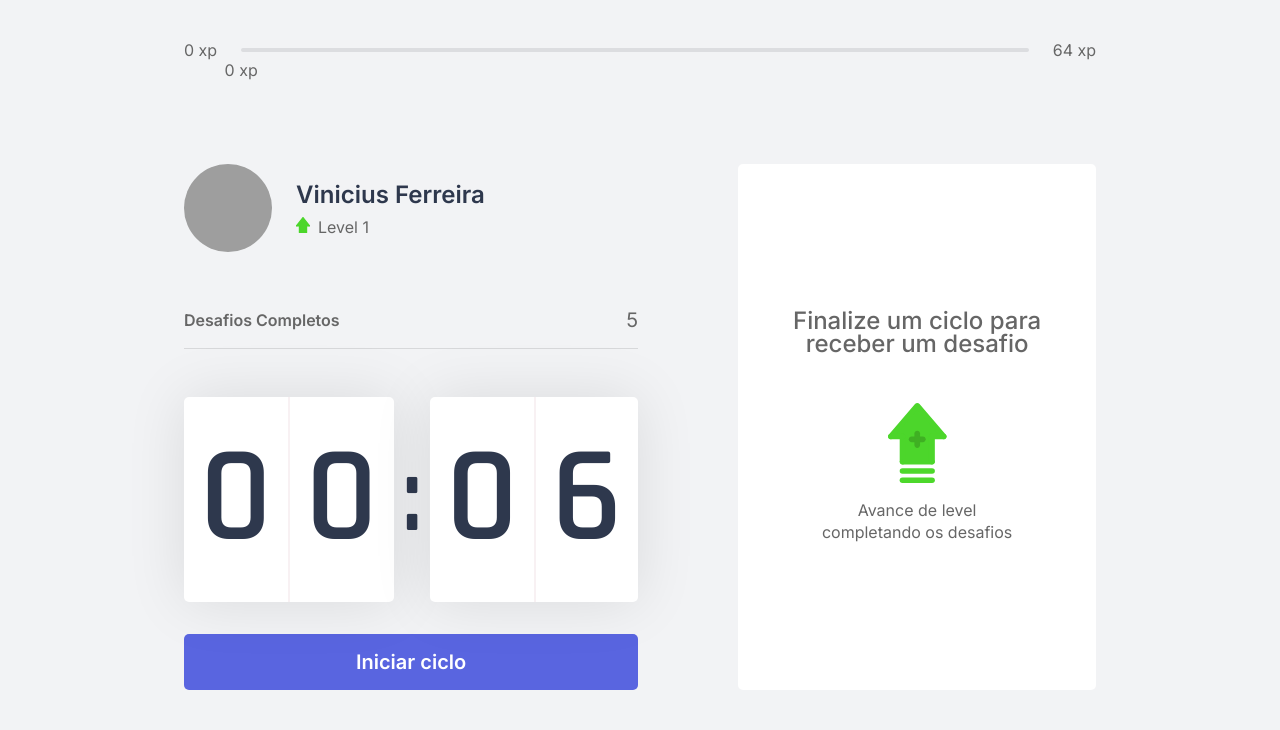
Repository: viniciusfg05/nlwFocus
Page: /
The author's editor kept a copy of each file at every save. The page is drawn from the files as they stood at one save, then again after the next save.
The browser window is 1280 px wide. The pictures show the whole page.
Pictures or frames that could not be fetched are drawn as grey boxes. The project was rebuilt for these pictures with package versions that can differ from the ones it lists, and the page was loaded fresh each time. The framework's server and built-in components were replaced by stand-ins that run in the browser.

Above is the page before, as saved 2022-02-28 15:14:21.

### src/pages/_app.tsx
import '../styles/global.css'
import { AppProps } from 'next/app'
import { ChallegesProvider, ChallengesContext } from '../context/ChallengesContext'

function MyApp({ Component, pageProps }: AppProps) {
  return (
    <ChallegesProvider>
      <Component {...pageProps} />
    </ChallegesProvider>
  )
}

export default MyApp

### src/pages/_document.tsx
import Document, { Html, Head, Main, NextScript} from 'next/document'

export default class Mydocument extends Document {
    render() {
        return(
            <Html>
                <Head>
                    <link rel='shortcut icon' href='favicon.png' type='image/png' />

                    <link rel="preconnect" href="https://fonts.gstatic.com" />
                    <link href="https://fonts.googleapis.com/css2?family=Inter:wght@400;500;600&family=Rajdhani:wght@600&display=swap" rel="stylesheet" />
                </Head>
                <body>
                    <Main />
                    <NextScript />
                </body>
            </Html>
        )
    }
}

### src/pages/index.tsx
import { CompleteChallenges } from "../components/CompleteChallenges";
import { CountDown } from "../components/CountDown";
import { ExperienceBar } from "../components/ExperinceBar";
import { Profile } from "../components/Profile";
import { ChallegesBox } from "../components/ChallegesBox";

import styles from "../styles/pages/Home.module.css"

import Head from 'next/head'

export default function Home() {
  return (
    <div className={styles.container}>
      <Head>
        <title>Inicio | Focus</title>
      </Head>

      <ExperienceBar />

      <section>
        <div>
          <Profile />
          <CompleteChallenges />
          <CountDown />
        </div>
        <div>
          <ChallegesBox />
        </div>
      </section>

    </div>
  )
}

### src/styles/global.css
*{
    margin: 0;
    padding: 0;
    box-sizing: border-box;
}

:root{
    --white: #fff;
    --background: #f2f3f5;
    --gray-line: #DCDDE0;
    --text: #666666;
    --text-highligth: #B3B9FF;
    --title: #2E384D;
    --red: #E83F5B;
    --green: #4CD62B;
    --blue: #5965E0;
    --blue-dark: #4953B8;
    --blue-twitter: #2AA9E0;
}

@media(max-white: 1080px) {
    html{
        font-size: 93.75%;
    }
}

@media(max-white: 750px) {
    html{
        font-size: 87.5%;
    }
}

body{
    background-color: var(--background);
    color: var(--text);

}

body, input, textarea, button {
    font: 400 1rem 'inter', sans-serif;
}

button{
    cursor: pointer;
}

a{
    color: inherit; /* para erdar a color do container */
    text-decoration: none;
}

### src/context/ChallengesContext.tsx
import { createContext, useState, ReactNode } from 'react';
import challenges from '../../challenge.json'

interface Challenges {
  type: 'body' | 'eye'
  description: string;
  amount: number;
}

interface ChallengesProviderProps{
  children: ReactNode;
}

interface ChallengesContextData {
  level: number;
  currentExperience: number;
  challengeCompleted: number;
  levelUp: () => void;
  startNewChallenge: () => void;
  activeChallengen: Challenges;
  resetChallenge: () => void;
  experienceNextLevel: number;
}

export const ChallengesContext = createContext({} as ChallengesContextData)

export function ChallegesProvider({children}:ChallengesProviderProps ) {
  const [level, setLevel] = useState(1);
  const [ currentExperience, setCurrentExperience ] = useState(0)
  const [ challengeCompleted, setChallengeCompleted ] = useState(0)

  const [ activeChallengen, setActiveChallenge ] = useState(null)

  const experienceNextLevel = Math.pow((level + 1) * 4, 2)

  function levelUp() {
    setLevel(level + 1);
  }

  function startNewChallenge() {
    const randomChallengeIndex = Math.floor(Math.random() * challenges.length);
    const challenge = challenges[randomChallengeIndex]

    setActiveChallenge(challenge)
  }

  function resetChallenge() {
    setActiveChallenge(null);
  }

  return (
    <ChallengesContext.Provider
    value={{ level,
      currentExperience,
      challengeCompleted,
      levelUp,
      startNewChallenge,
      activeChallengen,
      resetChallenge,
      experienceNextLevel
    }}>
      {children}
    </ChallengesContext.Provider>
  )
}

### src/components/CompleteChallenges.tsx
import styles from '../styles/components/CompleteChallenges.module.css'


export function CompleteChallenges() {
    return(
        <div className={styles.CompleteChallenges}>
            <strong>Desafios Completos</strong>
            <span>5</span>
        </div>
    )
}

### src/components/CountDown.tsx
import { useState, useEffect, useContext } from 'react'
import { ChallengesContext } from '../context/ChallengesContext';
import styles from '../styles/components/CountDown.module.css'

let countDownTimeOut: NodeJS.Timeout; //para cancelar o timeOut


export function CountDown() {
    const { startNewChallenge } = useContext(ChallengesContext)


    const [ time, setTime ] = useState(0.1 * 60)
    const [ isActive, setIsActive ] = useState(false)// para iniciar com desabilitado o conometro
    const [ timeFineshed, setTimeFineshed] = useState(false)

    const minutos = Math.floor(time / 60);
    const segundos = (time % 60); // '%' resto da divisão

    const [minuteLefts, minuteRight] = String(minutos).padStart(2, '0').split('')
    const [ segundosLefts, segundosRights ] = String(segundos).padStart(2, '0').split('')

    // padStart(2 '0') = para os numero a baixo de 10 ele vai add um '0' no inicio, ex. '05'
    // split('') = ele vai pera a string por exemplo '25' e repartir em dois '2' e '5'. split devolve um array com primeiro e segundo caractere

    function startCoutDown() {
        setIsActive(true);
    }

    function CancelCoutDown() {
        clearTimeout(countDownTimeOut)
        setIsActive(false);
        setTime((0.1 * 60))
    }

    useEffect(() => {
        if (isActive && time > 0) {
            countDownTimeOut = setTimeout(() => {setTime(time - 1);}, 1000)
        } else if (isActive && time === 0) {
            setTimeFineshed(true)
            setIsActive(false);
            startNewChallenge()

        }
    }, [isActive, time]);

    // setTimeout(() => {setTime(time - 1);}, 1000) = setTimeout = depois de 1000ms execute uma função; setTime recebe o valor de time -1.ou seja ele mudar para -1 a cada 1s e se add o time no useEffect sempre que o time mudar ele tira mais 1 segundo
    return(
        <div>
            <div className={styles.CountDownContainer}>
            <div>
                <span>{minuteLefts}</span>
                <span>{minuteRight}</span>
            </div>
            <span>:</span>
            <div>
                <span>{segundosLefts}</span>
                <span>{segundosRights}</span>
            </div>
        </div>

        {timeFineshed ? (
            <button
            disabled
            className={`${styles.CountdownButton} ${styles.CountdownButtonFinished}`}
            >
                Cliclo encerrado
            </button>
        ) : (
            <>
                { isActive ? (
                    <button
                    type="button"
                    className={`${styles.CountdownButton} ${styles.CountdownButtonActive} `}
                    onClick={CancelCoutDown}
                    >
                        Abondonar ciclo
                    </button>
                ) : (
                    <button
                        type="button"
                        className={styles.CountdownButton}
                        onClick={startCoutDown}
                     >
                        Iniciar ciclo
                    </button>
                )}
            </>
        )}






        </div>
    )
}

### src/components/ExperinceBar.tsx
import { useContext } from 'react'
import { ChallengesContext } from '../context/ChallengesContext'
import styles from '../styles/components/ExperienceBar.module.css'

export function ExperienceBar() {
    const { currentExperience, experienceNextLevel } = useContext(ChallengesContext)

    const porcentalNextLevel = Math.round((currentExperience * 100) / experienceNextLevel)

    return(
        <header className={styles.experienceBar}>
            <span>0 xp</span>
                <div>
                    <div style={{ width: `${porcentalNextLevel}`,}}/>

                    <span className={styles.currentExperience} style={{ left: `${porcentalNextLevel}`}}>{currentExperience} xp</span>
                </div>
            <span>{experienceNextLevel} xp</span>
        </header>
    )
}

### src/components/Profile.tsx
import styles from '../styles/components/Profile.module.css'


export function Profile() {
    return(
        <div className={styles.profileContainer} >
            <img src="https://avatars.githubusercontent.com/u/68232658?s=400&u=003f61fe1fe4474daf9c3f5226d596c5f99dd759&v=4" alt="Vinicius Ferreira" />
            <div>
                <strong>Vinicius Ferreira</strong>
                <p>
                    <img src="icons/level.svg" alt="Level" />
                    Level 1
                </p>
            </div>
        </div>
    )
}

### src/components/ChallegesBox.tsx
import { useContext } from 'react'
import { ChallengesContext } from '../context/ChallengesContext'
import styles from '../styles/components/ChallegesBox.module.css'

export function ChallegesBox() {
  const { activeChallengen, resetChallenge } = useContext(ChallengesContext)


  return (
    <div className={styles.ChallegesBoxContainer}>
      {activeChallengen ? (
        <div className={styles.ChallegesBoxActive}>
          <header>Ganhe {activeChallengen.amount}xp</header>
          <main>
            <img src={`icons/${activeChallengen.type}.svg`} alt="Ganhe 400xp" />
            <strong>Novo desafio</strong>
            <p>{activeChallengen.description}</p>
          </main>

          <footer>
            <button
            type="button"
            className={styles.ChallegesFailedButton}
            onClick={resetChallenge}
            >
              Falhei
            </button>

            <button
            type="button"
            className={styles.ChallegesCompleteButton}
            >
              Completei
            </button>
          </footer>
        </div>


      ) : (
        <div className={styles.ChallegesBoxNotActive}>
        <strong>Finalize um ciclo para receber um desafio</strong>
        <p>
          <img src="icons/level-up.svg" alt="Level up" />
          Avance de level completando os desafios
        </p>
      </div>
      )}
    </div>
  )
}

### src/styles/pages/Home.module.css
.container{
    height: 100;
    max-width: 992px;
    margin: 0 auto;
    padding: 2.5rem;

    display: flex;
    flex-direction: column;

    gap: 6.5rem;
}

.container section {
    flex: 1;

    display: grid;
    grid-template-columns: 1fr 1fr;
    gap: 6.25rem;
    align-content: center;
}

### src/styles/components/CompleteChallenges.module.css
.CompleteChallenges {
    display: flex;
    align-items: center;
    justify-content: space-between;

    margin: 3.5rem 0 0;
    padding-bottom: 1rem;
    border-bottom: 1px solid #d7d8da;
    font-weight: 400;
    /* font: "Inter", sans-serif; ; */
    margin-bottom: 3rem
}


.CompleteChallenges span:first-child{
    font-size: 1.25rem;
}


.CompleteChallenges span:last-child{
    font-size: 1.25rem;
}

### src/styles/components/CountDown.module.css
.CountDownContainer {
  display: flex;
  align-items: center;
  font-family: Rajdhani;
  font-weight: 600;
  color: var(--title);
}

.CountDownContainer > div {
  flex: 1;

  display: flex;
  align-items: center;
  justify-content: space-evenly;

  background-color: var(--white);
  box-shadow: 0 0 60px rgba(0, 0, 0, 0.1);
  border-radius: 5px;
  font-size: 8.5rem;
  text-align: center;
}

.CountDownContainer > div span {
  flex: 1;
}

.CountDownContainer > div span:first-child {
  border-right: 1px solid #f8f1f3;
  padding: 1rem;
}

.CountDownContainer > div span:last-child {
  border-left: 1px solid #f8f1f3;
  padding: 1rem;
}

.CountDownContainer > span {
  font-size: 6.5rem;
  margin: 0 0.5rem;
}

.CountdownButton {
  width: 100%;
  height: 3.5rem;

  margin-top: 2rem;

  display: flex;
  align-items: center;
  justify-content: center;

  border: 0;
  border-radius: 5px;
  background-color: var(--blue);
  color: var(--white);

  font-size: 1.25rem;
  font-weight: 600;
  transition: background-color 0.3s;
}

.CountdownButton:not(:disabled):hover {
  background-color: var(--blue-dark);
}

.CountdownButtonActive {
  background-color: var(--red);
  color: var(--gray-line);

  transition: 0.3s;
}

.CountdownButtonActive:hover {
  background-color: #b83349;
  color: var(--gray-line);
}

.CountdownButtonFinished {
  background-color: var(--green);
  color: var(--title);
  cursor: not-allowed;
}

### src/styles/components/ExperienceBar.module.css
.experienceBar {
    display: flex;
    align-items: center;
}

.experienceBar spam {
    font-size: 1 rem;
}

.experienceBar > div {
    flex: 1;
    height: 4px;
    border-radius: 4px;
    background-color: var(--gray-line);
    margin: 0 1.5rem;
    position: relative;
}

.experienceBar > div > div{
    height: 4px;
    border-radius: 4px;
    background-color: var(--green)
}

span.currentExperience{
    position: absolute;
    top: 12px;
    transform: translateX(-50%)
}

### src/styles/components/Profile.module.css
.profileContainer {
    display: flex;
    align-items: center;
}

.profileContainer > img{
    width: 5.5rem;
    height: 5.5rem;
    border-radius: 50%;
}

.profileContainer div{
    margin-left: 1.5rem;
}

.profileContainer div strong {
    font-size: 1.5rem;
    font-weight: 600;
    color: var(--title);
}

.profileContainer div p {
    font-size: 1rem;
    margin-top: 0.5rem;
}

.profileContainer div p img {
    margin-right: 0.5rem;
}

### src/styles/components/ChallegesBox.module.css
.ChallegesBoxContainer {
  height: 100%;
  background: var(--white);
  border-radius: 5px;
  padding: 1.5rem 2rem;
  display: flex;
  flex-direction: column;
  align-items: center;
  justify-content: center;

  text-align: center;
}

.ChallegesBoxNotActive {
  display: flex;
  flex-direction: column;
  align-items: center;
}

.ChallegesBoxNotActive strong {
  font-size: 1.5rem;
  font-weight: 500;
  line-height: 1.4rem;
}

.ChallegesBoxNotActive p {
  display: flex;
  flex-direction: column;
  align-items: center;
  line-height: 1.4rem;
  max-width: 70%;
  margin-top: 3rem;
}

.ChallegesBoxNotActive p img {
  margin-bottom: 1rem;
}

.ChallegesBoxActive {
  height: 100%;
  display: flex;
  flex-direction: column;
}

.ChallegesBoxActive header {
  color: var(--blue-dark);
  font-weight: 600;
  font-size: 1.25rem;
  padding: 0 2rem 1.5rem;
  border-bottom: 1px solid var(--gray-line);
}

.ChallegesBoxActive main {
  flex: 1;
  display: flex;
  flex-direction: column;
  align-items: center;
  justify-content: center;
}

.ChallegesBoxActive main strong {
  font-size: 2rem;
  font-weight: 600;
  color: var(--title);
  margin: 1.5rem 0 1rem;
}

.ChallegesBoxActive main p {
  line-height: 1.5rem;
}

.ChallegesBoxActive footer {
  display: grid;
  grid-template-columns: 1fr 1fr;
  gap: 1rem;
}

.ChallegesBoxActive footer button {
  height: 3rem;
  align-items: center;
  justify-content: center;

  border: 0;
  border-radius: 5px;

  color: var(--white);

  font-size: 1rem;
  font-weight: 600;
  transition: 0.3s;
}

.ChallegesBoxActive footer button:hover {
  filter: brightness(0.9);
}

.ChallegesBoxActive footer button.ChallegesFailedButton {
  background-color: var(--red);
}

.ChallegesBoxActive footer button.ChallegesCompleteButton {
  background-color: var(--green);
}

Loaded but not shown: challenge.json (common file)

After the next save:
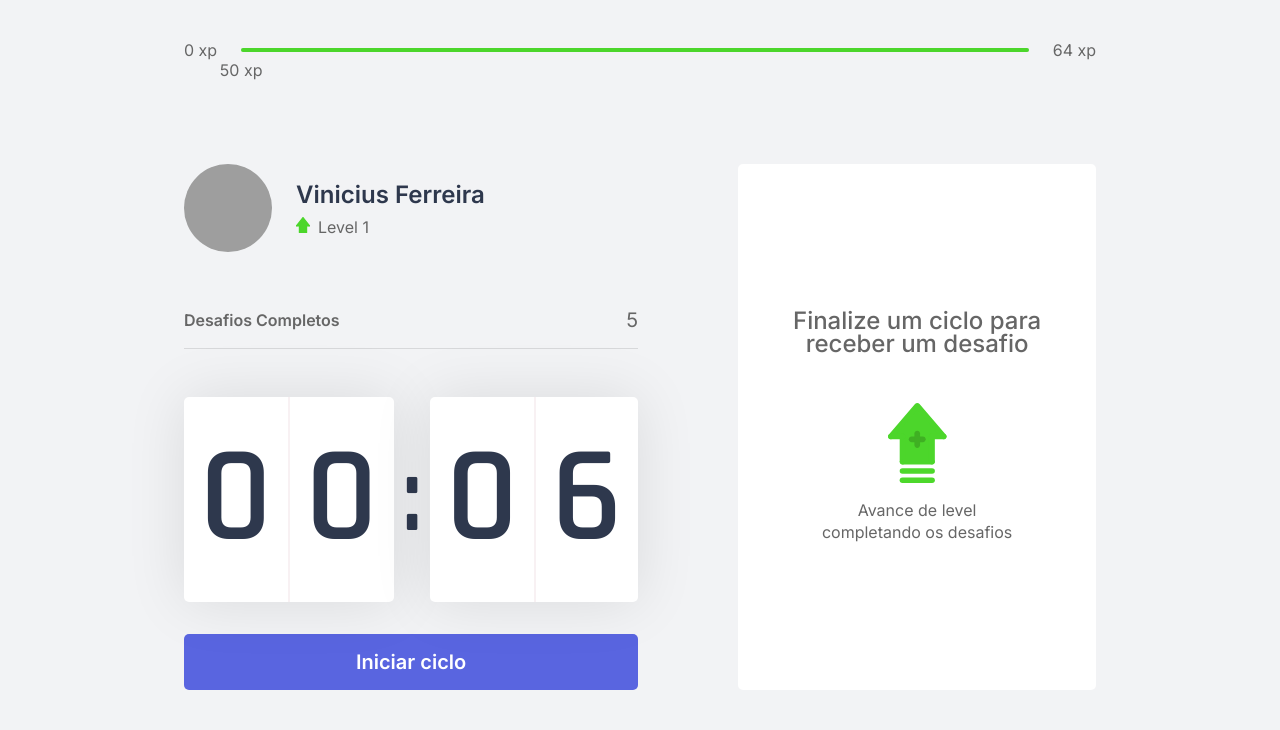
Saved 52 s later.
--- a/src/context/ChallengesContext.tsx
+++ b/src/context/ChallengesContext.tsx
@@ -26,7 +26,7 @@ export const ChallengesContext = createContext({} as ChallengesContextData)
 
 export function ChallegesProvider({children}:ChallengesProviderProps ) {
   const [level, setLevel] = useState(1);
-  const [ currentExperience, setCurrentExperience ] = useState(0)
+  const [ currentExperience, setCurrentExperience ] = useState(50)
   const [ challengeCompleted, setChallengeCompleted ] = useState(0)
 
   const [ activeChallengen, setActiveChallenge ] = useState(null)
